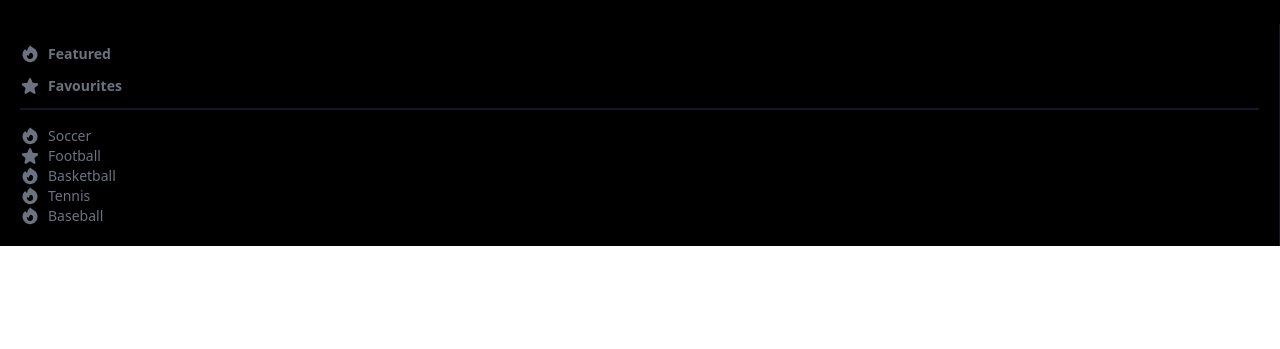
Repository: thekingisherenow/Betterbook
Page: /
These files come from the project's save history. The page is drawn as it stood at one moment and after the next save; the edit follows.
The browser window is 1280 px wide. The pictures show the whole page.
The project was rebuilt for these pictures with package versions that can differ from the ones it lists, and the page was loaded fresh each time. The framework's server and built-in components were replaced by stand-ins that run in the browser. Also part of the build but not shown: next.config.js.

Above is the page before, as saved 2023-01-16 21:08:23.

### src/pages/_app.tsx
import type { AppProps } from 'next/app'
import { Provider } from 'react-redux'
import store from '../core/store'
import '../core/styles/root.css'

const App = (props: AppProps) => {
  const { Component, pageProps } = props
  return (
    <Provider store={store}>
      <Component {...pageProps} />
    </Provider>
  )
}

export default App

### src/pages/index.tsx
import type { NextPage } from 'next'
import { useEffect, useState } from 'react'
import API from '../core/services'
import { Game } from '../types/game'
import Sidebar from '../components/Typography/Sidebar'
import Header from '../components/Typography/Header'

const IndexPage: NextPage = () => {
  const [games, setGames] = useState<Game[]>([])

  useEffect(() => {
    API.games.fetchGames().then(setGames)
  }, [])

  return <div>
        <main className='bg-black'>

          {/* Header  */}
          <Header />
            {/* Sidebar */}
            <Sidebar/>
            {/* Center  */}

        </main>
  </div>
}

export default IndexPage

### src/core/store/index.ts
import { configureStore } from '@reduxjs/toolkit'
import { counterReducer } from './slices/counterSlice'

const store = configureStore({
  reducer: {
    counter: counterReducer,
  },
})

export default store

### src/core/services/index.ts
import * as gamesServices from './games'

const API = {
  games: gamesServices,
}

export default API

### src/components/Typography/Sidebar.tsx
import React from 'react'
import { FireIcon, StarIcon } from '@heroicons/react/24/solid'

function Sidebar() {
    return (
        <div className='text-gray-500 p-5 text-sm border-r  border-gray-900'>
            <div>
                <div className='flex flex-col space-y-3 font-semibold mb-4'>
                    <button className='flex items-center space-x-2 hover:text-blue-600'>
                        <FireIcon className='w-5 h-5' />
                        <p>Featured</p>
                    </button>
                    <button className='flex items-center space-x-2 hover:text-blue-600'>
                        <StarIcon className='w-5 h-5' />
                        <p>Favourites</p>
                    </button>
                    <hr className='border-t-2 border-gray-900' />
                </div>

                <div>
                    <button className='flex items-center space-x-2 hover:text-blue-600'>
                        <FireIcon className='w-5 h-5' />
                        <p>Soccer</p>
                    </button>
                    <button className='flex items-center space-x-2 hover:text-blue-600'>
                        <StarIcon className='w-5 h-5' />
                        <p>Football</p>
                    </button>
                    <button className='flex items-center space-x-2 hover:text-blue-600'>
                        <FireIcon className='w-5 h-5' />
                        <p>Basketball</p>
                    </button>
                    <button className='flex items-center space-x-2 hover:text-blue-600'>
                        <FireIcon className='w-5 h-5' />
                        <p>Tennis</p>
                    </button>
                    <button className='flex items-center space-x-2 hover:text-blue-600'>
                        <FireIcon className='w-5 h-5' />
                        <p>Baseball</p>
                    </button>
                </div>
            </div>
        </div>
    )
}

export default Sidebar

### src/components/Typography/Header.tsx
import React from 'react'

function Header() {
  return (
    <div>
      I am header.
    </div>
  )
}

export default Header

### src/core/store/slices/counterSlice.ts
import { createSlice } from '@reduxjs/toolkit'

export const counterSlice = createSlice({
  name: 'counter',
  initialState: {
    count: 0,
  },
  reducers: {
    setCount(state, { payload }) {
      state.count = payload
    },
  },
})

export const counterReducer = counterSlice.reducer

### src/core/services/games.ts
import { Game } from '../../types/game'

export const fetchGames = (): Promise<Game[]> => {
  return Promise.resolve([
    {
      id: '1',
      name: 'Spain vs Argentina',
    },
  ])
}

### tailwind.config.js
/** @type {import('tailwindcss').Config} */
module.exports = {
  content: [
    './src/pages/**/*.{js,ts,jsx,tsx}',
    './src/components/**/*.{js,ts,jsx,tsx}',
    './src/modules/**/*.{js,ts,jsx,tsx}',
  ],
  theme: {
    extend: {},
  },
  plugins: [],
}

Loaded but not shown: src/core/styles/root.css (common file)

After the next save:
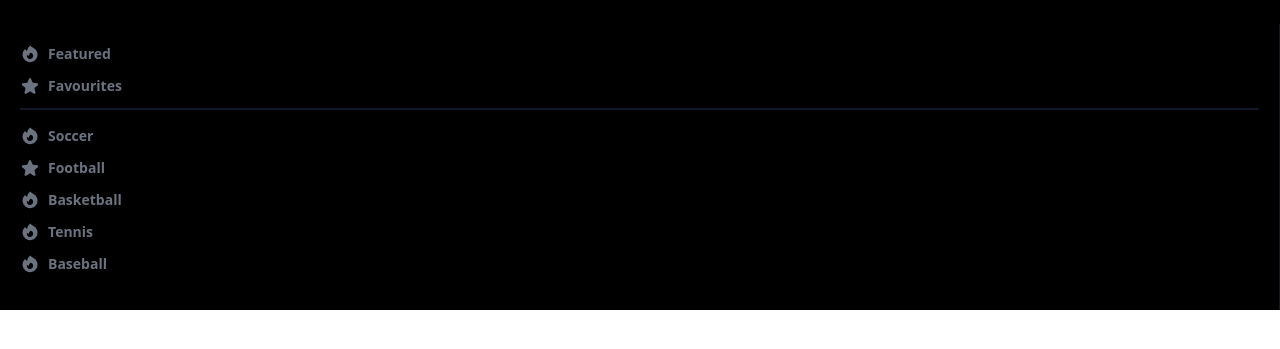
Saved 18 s later.
--- a/src/components/Typography/Sidebar.tsx
+++ b/src/components/Typography/Sidebar.tsx
@@ -17,7 +17,7 @@ function Sidebar() {
                     <hr className='border-t-2 border-gray-900' />
                 </div>
 
-                <div>
+                <div className='flex flex-col space-y-3 font-semibold mb-4'>
                     <button className='flex items-center space-x-2 hover:text-blue-600'>
                         <FireIcon className='w-5 h-5' />
                         <p>Soccer</p>
